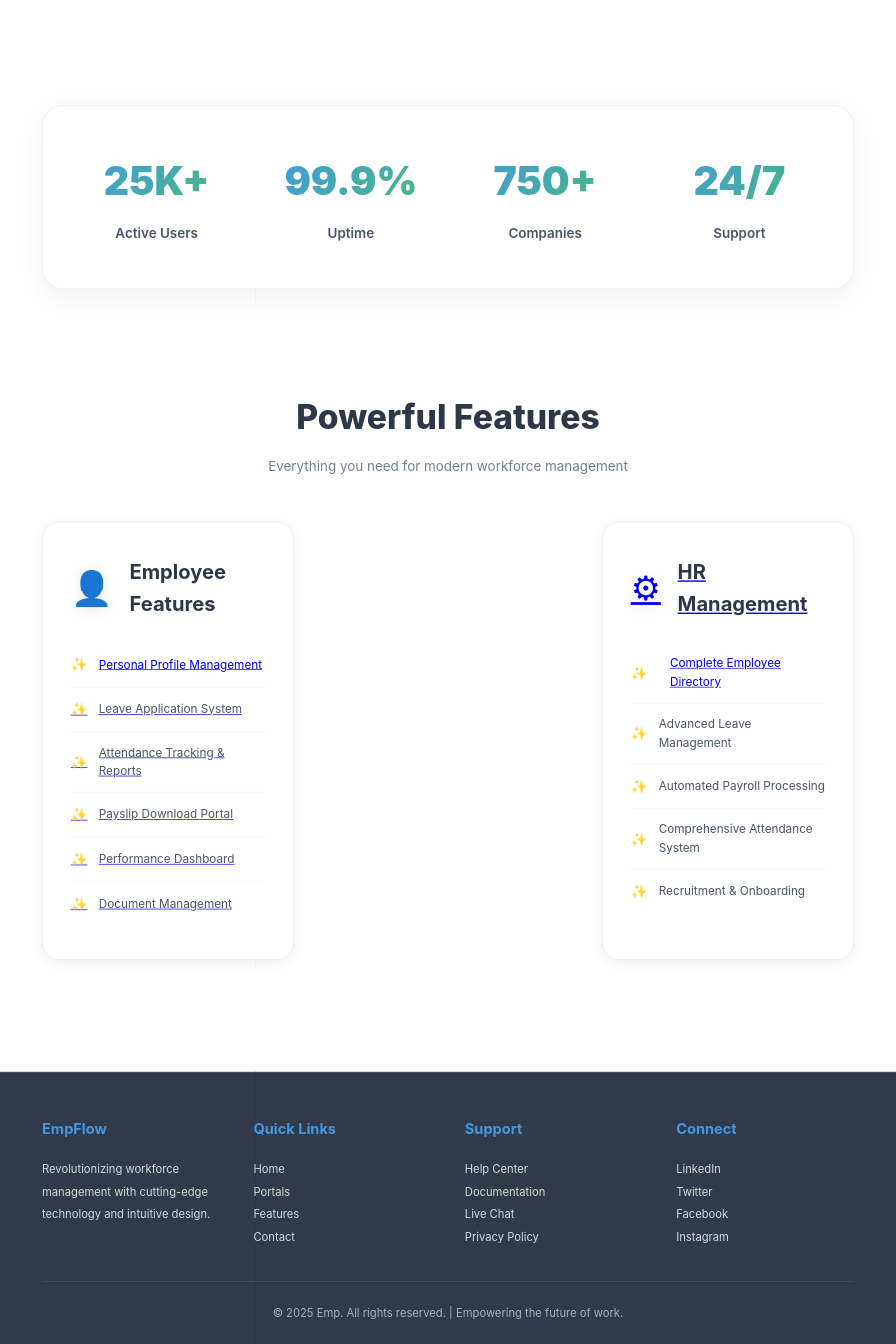
Repository: Shwetannarkhede/EmployeeHub
Page: EmployeeManagemntSystem/src/main/webapp/Home.html
These files come from the project's save history. The page is drawn as it stood at one moment and after a run of saves; the edit follows.
The browser window is 1280 px wide. The pictures show the part of the page from y = 1593 to 3513 px (the page is 3513 px tall before and 3475 px after), at 70% of full size.

Above is the page before, as saved 2025-09-23 15:35:50.

After the next 2 saves:
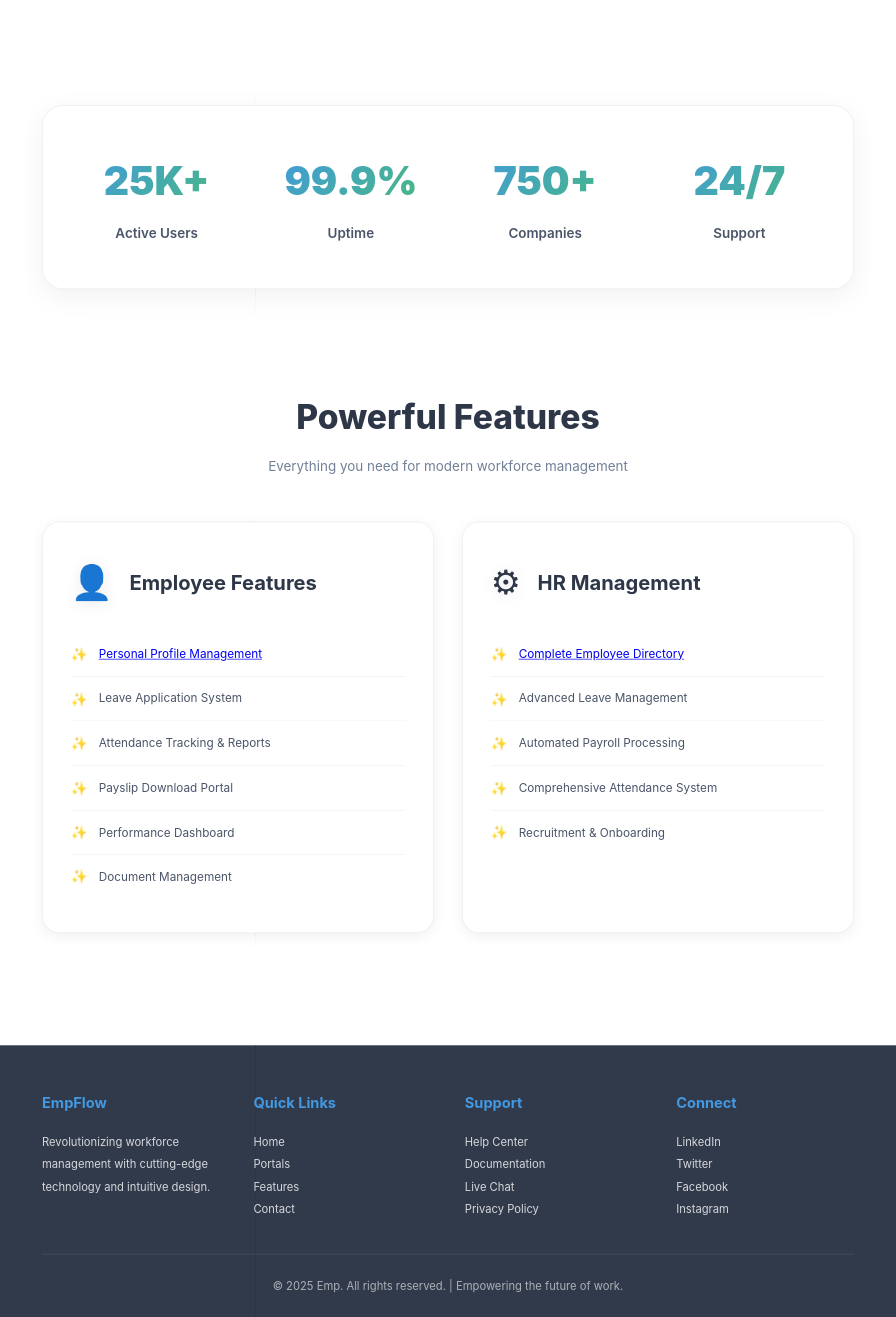
The 2 saves are shown as one change because they came seconds apart.
The last was saved 11 s later.
--- a/EmployeeManagemntSystem/src/main/webapp/Home.html
+++ b/EmployeeManagemntSystem/src/main/webapp/Home.html
@@ -90,7 +90,7 @@
                         <h3 class="section-title">Employee Features</h3>
                     </div>
                     <ul class="feature-list">
-                        <li><a href="login">Personal Profile Management</li>
+                        <li><a href="login.html">Personal Profile Management</a></li>
                         <li>Leave Application System</li>
                         <li>Attendance Tracking & Reports</li>
                         <li>Payslip Download Portal</li>
